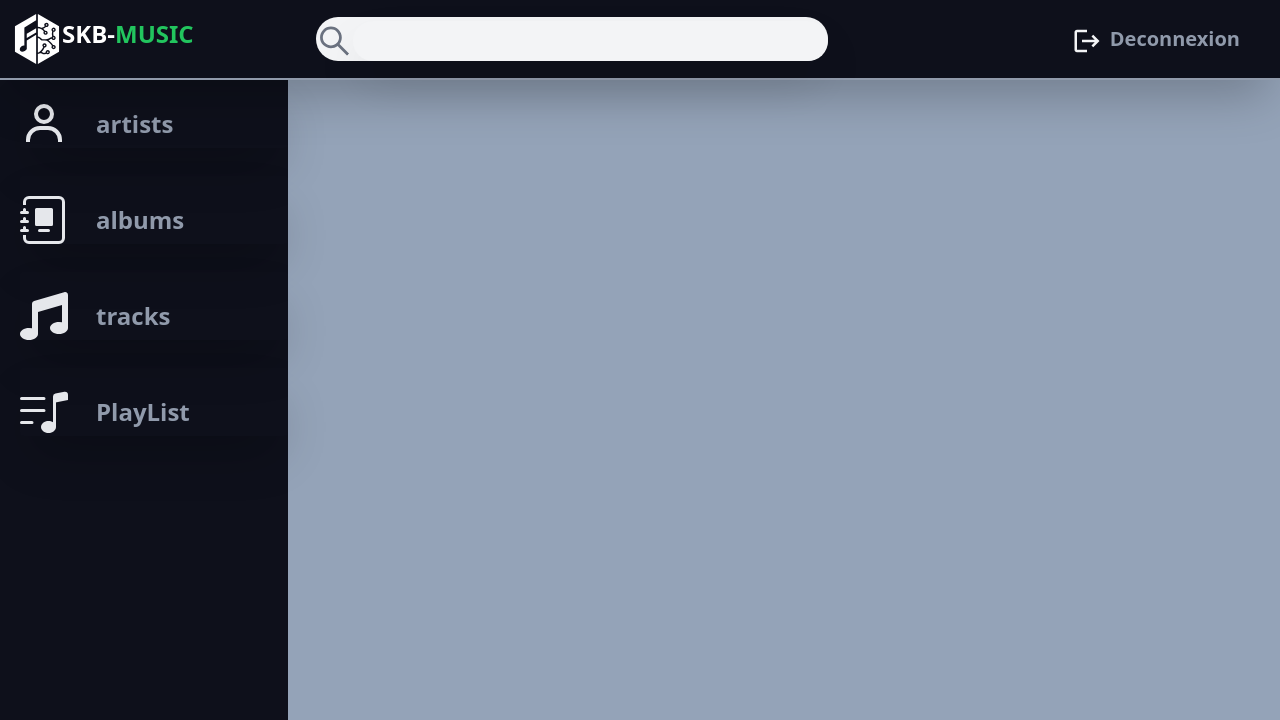
Repository: SKB-TECH/Sportify
Page: /Leading
The author's editor kept a copy of each file at every save. The page is drawn from the files as they stood at one save, then again after a run of saves.
The browser window is 1280 px wide. The pictures show the whole page.
The page's requests for data from a server got no answer. The project was rebuilt for these pictures with package versions that can differ from the ones it lists, and the page was loaded fresh each time. No one was signed in, and anything a server would have sent is missing. Also part of the build but not shown: vite.config.js, src/components/Header/Accueil.jsx, src/components/Login/Login.jsx, src/components/Leading/Card.jsx.

Above is the page before, as saved 2022-09-06 10:23:54.

### index.html
<!DOCTYPE html>
<html lang="en">
  <head>
    <meta charset="UTF-8" />
    <link rel="icon" type="image/svg+xml" href="/vite.svg" />
    <meta name="viewport" content="width=device-width, initial-scale=1.0" />
    <title>Skb-Music</title>
  </head>
  <body class="bg-slate-400 " >
    <div id="root"></div>
    <script type="module" src="/src/main.jsx"></script>
  </body>
</html>

### src/main.jsx
import React from 'react'
import ReactDOM from 'react-dom'
import App from './App'
import './index.css';
import StateContextProvider from './components/context/ContextProfil'


ReactDOM.render(
      <StateContextProvider>
          <App />
      </StateContextProvider>,
      document.getElementById('root')
)

### src/App.jsx
import React from 'react';
import { BrowserRouter,Routes,Route,Link} from 'react-router-dom';
import Login from './components/Login/Login';
import Leading from './components/Leading/Leading';
import Accueil from './components/Header/Accueil';
import { useEffect,useContext } from 'react';
import { StateContext } from './components/context/ContextProfil';


const App = () => {
const {tokens,setTokens}=useContext(StateContext)
  useEffect(() => {
    const hash = window.location.hash
    let token = window.localStorage.getItem("token")

    if (!token && hash) {
        token = hash.substring(1).split("&").find(elem => elem.startsWith("access_token")).split("=")[1]

        window.location.hash = ""
        window.localStorage.setItem("token",token)
        setTokens(token)
    }
  },[])

  return (
    <BrowserRouter>
      <Routes>
          <Route path='/' element={<Login/>}/>
          <Route path='/Leading' element={<Leading/>}/>
          <Route path='/Accueil' element={<Accueil/>}/>
          <Route path='*' element={<Leading/>}/>
      </Routes>
    </BrowserRouter>
    )
};

export default App;

### src/components/context/ContextProfil.jsx
import { useContext,useState,useEffect,createContext } from "react";


export const StateContext=createContext();
const action={
    song:false,
    album:false,
    artiste:false,
    playlist:false
}

export const StateContextProvider=({children})=>{
    const [visible,setVisible]=useState(false)
    const [activeMenu,setActiveMenu] = useState(true)
    const [tache,setTache]=useState(action)
    const [screensize,setScreensize]=useState('undefinid')
    const [categori,setCategori]=useState("tracks")
    const [profile,setProfile]=useState({})
    const [music,setMusics]=useState({})
    const [tokens, setTokens] = useState("")
    const clientID="137741501653-6bhfcfgk1n470aoc0ne84r7id9p840h8.apps.googleusercontent.com"


    return (
        <StateContext.Provider value={
            {activeMenu
            ,setActiveMenu,
            music,
            visible,
            setVisible,
            tokens,
            setTokens,
            setMusics,
            screensize,
            setScreensize,
            profile,setProfile,
            clientID,
            categori,
            setCategori
        }
        }>
        {children}
        </StateContext.Provider>
    )
}
export default StateContextProvider;

### src/components/Leading/Leading.jsx
import React ,{useContext,useEffect,useState} from 'react';
import Navbar from '../Header/Navbar';
import {StateContext} from '../context/ContextProfil';
import Sidbar from '../Sidebar/Sidbar';
import Card from './Card'
import Modal from '../Modal/Modal';

const Leading = () => {

        const activeLink ="flex items-center gap-5 pl-4 pt-3 pb-2.5 rounded-lg text-white text-md m-2";
        const normalLink ="flex items-center gap-5 pl-4 pt-3 pb-2.5 rounded-lg  text-md text-gray-700 dark:text-gray-200 dark:hover:text-black hover:bg-light-gray m-2";
        const {visible,setVisible,tokens,setTokens,music,setMusics,categori,setCategori}=useContext(StateContext)
        const [searchKey, setSearchKey] = useState("fally ipupa")
        const [type,setType]=useState("track,album,artist")

        const [chansons,setChansons] = useState([])

        const recherche=(e)=>{
            setSearchKey(e.target.value)
        }
        const categorisation=(e)=>{
            setCategori(e.target.value)
         }



        async function searchTracks(){
            const response =  await   fetch(`https://api.spotify.com/v1/search?q=${searchKey}&type=${type}`,
            {headers: {'Authorization':`Bearer ${tokens}`},"Content-Type":"application/json","method":"GET"
        });
        const data = await response.json();

        return data;
    }
        useEffect(() => {
            setTokens(window.localStorage.getItem('token'))
            searchTracks().then(data => {
                setMusics(data);


                console.log(data)
                switch(categori){
                    case 'artists':
                        setChansons(data.artists.items)

                    break

                    case 'albums':
                        setChansons(data.albums.items)
                    break

                    case 'tracks':
                        setChansons(data.tracks.items)
                    break

                  //  default setChansons(data.tracks.items)

                }

            });

        },[categori,searchKey])


        return (
            <>
                <Navbar recupereValeur={recherche}/>
                <div className='flex justify-between '>
                <div className='fixed'>
                    <Sidbar categoris={categorisation}/>
                </div>

                 <div className='flex ml-80 mt-20 flex-wrap w-50 h-10 gap-5 ' >

                    {
                        chansons.map((item,index)=>(
                         //lors les categories sont soite albums ou tracks
                             categori ==="albums"|| "tracks" ?(

                                <Card
                                    key={index} artist={item.name}
                                    url={item.href}
                                    icon={
                                        (item.images ? item.images[0].url:null)||(
                                        (item.album.images ? item.album.images[2].url:null)
                                    )}
                                    index={index}
                                />
                        ):(

                            <Card key={index}/>
                        ))
                        )
                    }

                </div>
                {

                }
                </div>
            </>
    );
};

export default Leading;

### src/components/Header/Navbar.jsx
import React ,{useContext}from 'react';
import {Link, Navigate} from 'react-router-dom';
import {AiOutlineSearch} from 'react-icons/ai'
import {MdLogout} from 'react-icons/md'
import {StateContext} from '../context/ContextProfil';
import { useNavigate } from 'react-router-dom';
import {SiMusicbrainz} from 'react-icons/si'

const Navbar = ({recupereValeur}) => {
    const {tokens,setTokens}=useContext(StateContext)
    const navigation=useNavigate("")

    const logout = () => {
        setTokens("")
        window.localStorage.removeItem("token")
    }

    return (
        <nav className='fixed z-10 flex justify-between items-center bg-primary w-full h-20 shadow-2xl z-1 border-b-2 border-ColorText'>
            <div className='flex font-bold text-2xl ml-3'>
                <SiMusicbrainz size={50} style={{color:"white"}}/>
                <span className='text-white mt-1'>SKB-</span>
                <span className='text-green-500 mt-1'>MUSIC</span>
                </div>
                    <div className='w-[40%] flex bg-gray-100 rounded-full '>
                        <AiOutlineSearch size={40} className="text-gray-500 mt-1 rounded-full " />
                        <input type="text" className='w-full h-15 bg-inherit outline-none mt-1 rounded-full text-left text-2xl shadow-2xl' onChange={recupereValeur}/>
                    </div>
                <div>
            </div>
            <div className='flex gap-2 mr-10'>
                <MdLogout size={30} className='mt-1 text-gray-100'/>
                <button className='text-ColorText text-xl cursor-pointer font-bold hover:scale-105'
                onClick={logout}
                >Deconnexion</button>
            </div>
        </nav>
    );
};

export default Navbar;

### src/components/Sidebar/Sidbar.jsx
import React, { useContext,useState} from 'react'
import { StateContext } from '../context/ContextProfil'
import {AiOutlineLeft} from 'react-icons/ai'
import { CgMenuGridR } from 'react-icons/cg'
import { menu } from '../Data/Data'


const Sidbar = (categoris) => {
  const [open,setOpen]=useState(true)
  const { activeMenu, setActiveMenu,categori,setCategori} = useContext(StateContext)



  return (
    <div className="flex">
        <div className={` w-72 duration-300 bg-primary h-screen mt-20 relative flex flex-col gap-7 `}>
            {menu.map((item, index) =>
                      (
                        <div key={index} className="flex gap-5 ml-5 rounded  space-x-2 shadow-2xl hover:border-b-2 border-gray-200">
                          {
                            <span className={`text-5xl text-gray-200 mt-5 ${open &&"rotate-[360deg] hover:scale-105"}`}>{item.icon}</span>}
                          <button type="button" onClick={(e)=>setCategori(e.target.textContent)} className={`text-ColorText text-2xl mt-5 font-semibold ${!open && "scale-0 duration-300"}`}>{item.name}</button>
                        </div>
                    ))}
        </div>
    </div>
  )
}

export default Sidbar

### src/components/Data/Data.jsx
import {AiOutlineBars} from 'react-icons/ai'
import {BiUser} from 'react-icons/bi'
import {BsJournalAlbum,BsMusicNoteList} from 'react-icons/bs'
import {FaMusic} from 'react-icons/fa'
import {HiOutlineSearchCircle} from 'react-icons/hi'

export const menu=[
        {
          name: 'artists',
          icon: <BiUser/>,
        },

        {
          name: 'albums',
          icon: <BsJournalAlbum/>,
        },
        {
          name: 'tracks',
          icon: <FaMusic/>,
        },
        {
          name: 'PlayList',
          icon: <BsMusicNoteList />,
        }
]

### tailwind.config.cjs
/** @type {import('tailwindcss').Config} */
module.exports = {
  content: [
    "./index.html",
    "./src/**/*.{vue,js,ts,jsx,tsx}",
  ],
  theme: {
    extend: {
      colors:{
        "primary":"#0E101B",
        "ColorText":"#909AAB",
        "ColorsHover":"#1A1D29"
      },
    },
  },
  plugins: [],
}

### src/components/Modal/Modal.jsx
import React,{useContext} from 'react';
import {StateContext} from '../context/ContextProfil'

const Modal = () => {
    return (
        <div className='fixed inset-0 bg-black bg-opacity-30  backdrop-blur-sm flex justify-center items-center z-0'>
            <div className='bg-gray-100  rounded p-2'>
                <p>
                    Lorem ipsum dolor sit amet, <br /> consectetur adipisicing elit.<br />
                     Asperiores ullam illum <br /> eveniet fugiat minima hic, eaque,<br />
                      assumenda odit repellat maiores<br /> facere quis enim nulla porro adipisci <br />
                      reiciendis nemo? Asperiores, ullam.
                </p>
            </div>

        </div>
    );
};

export default Modal;

Loaded but not shown: src/index.css (common file)

After the next 3 saves:
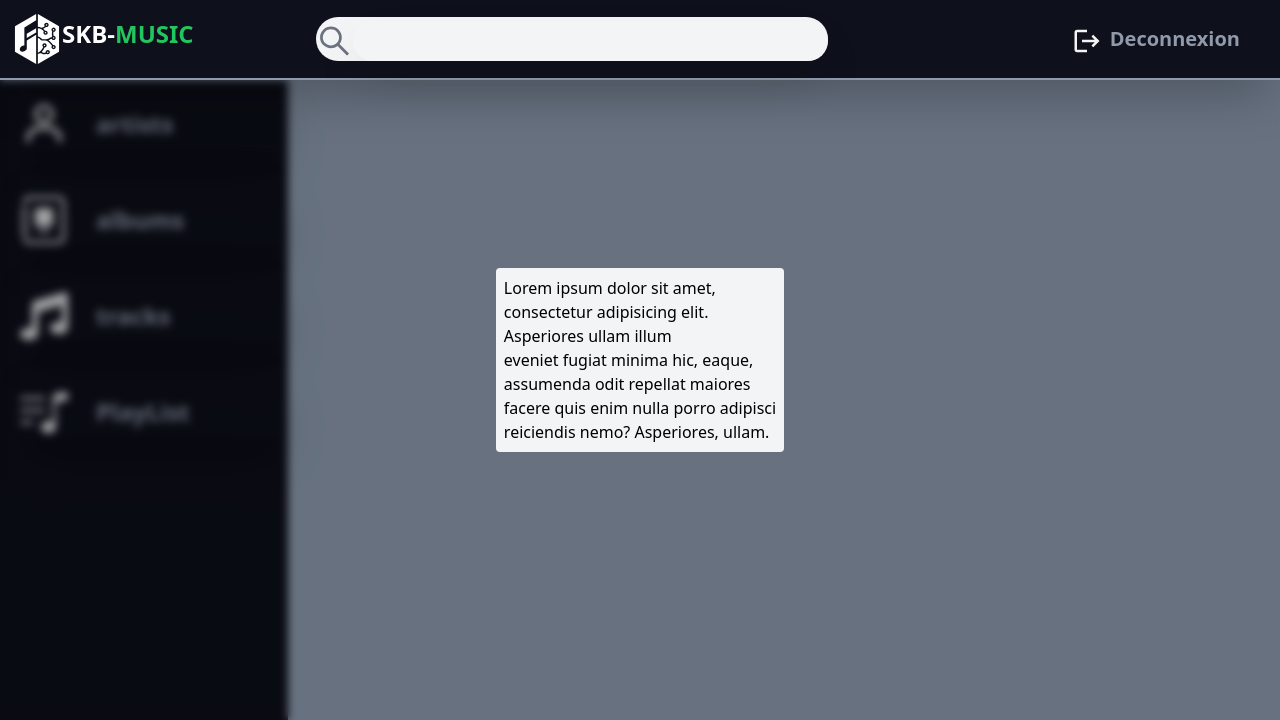
The 3 saves are shown as one change because 2 did not build or start.
The last was saved 75 s later.
--- a/src/components/Leading/Leading.jsx
+++ b/src/components/Leading/Leading.jsx
@@ -94,9 +94,7 @@ const Leading = () => {
                     }
 
                 </div>
-                {
-
-                }
+                <Modal/>
                 </div>
             </>
     );
